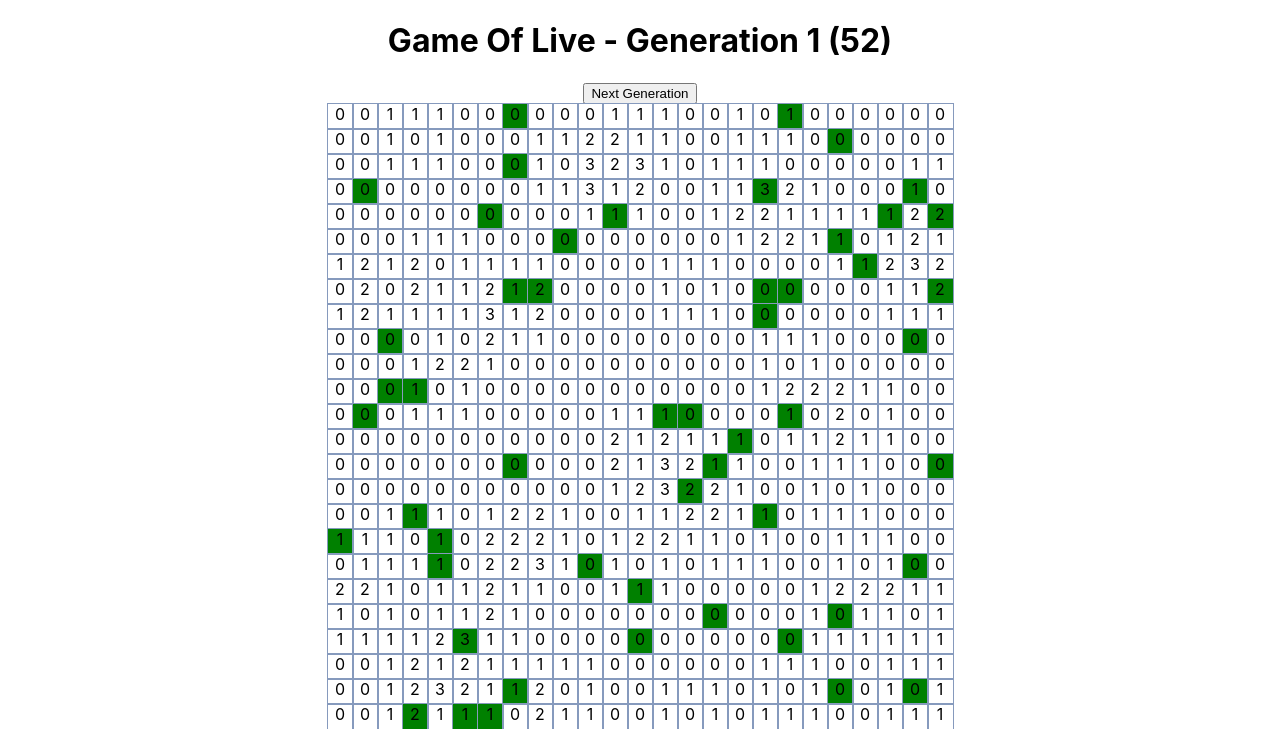
Repository: cfaguilera20/gol
Page: /
An editor plug-in stored every save of this project. The page is shown before and after a run of saves, followed by the edit.
The browser window is 1280 px wide. The pictures show the whole page.
The project was rebuilt for these pictures with package versions that can differ from the ones it lists, and the page was loaded fresh each time.

Above is the page before, as saved 2021-07-25 13:44:02.

After the next 2 saves:
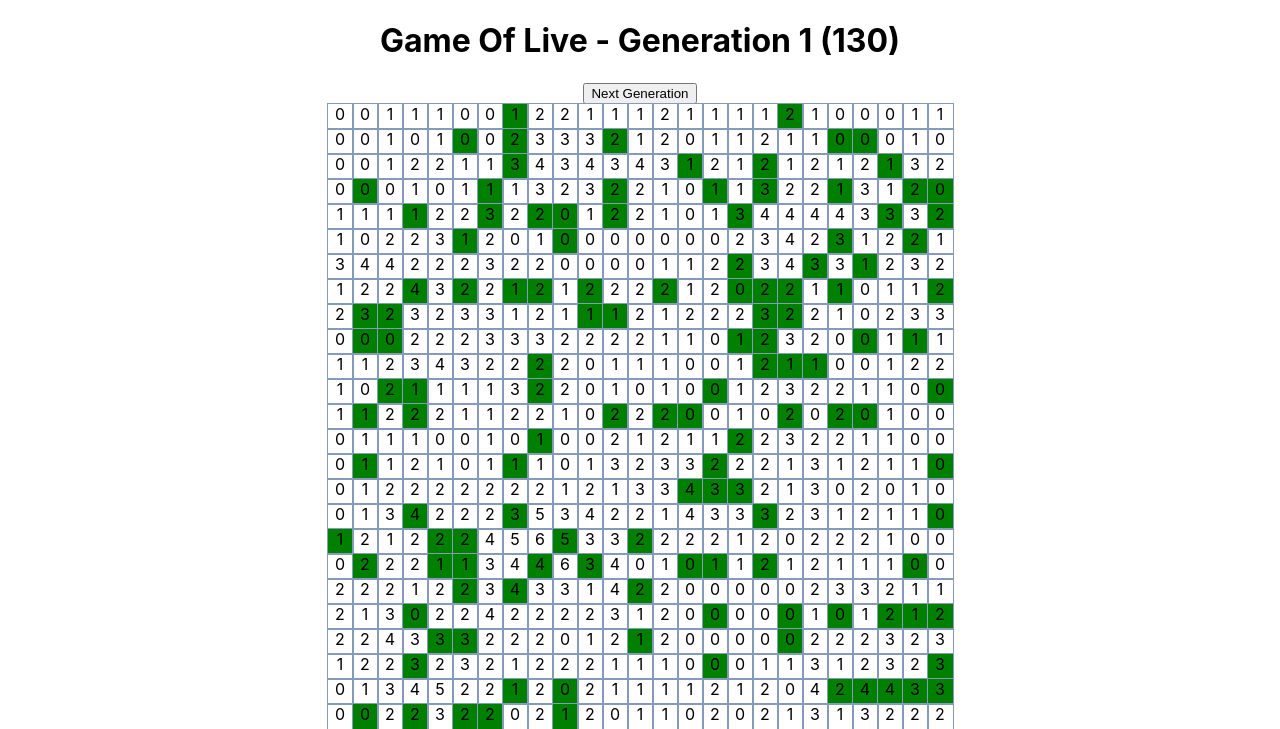
The 2 saves are shown as one change because they came seconds apart.
The last was saved 98 s later.
--- a/src/components/Board.jsx
+++ b/src/components/Board.jsx
@@ -58,7 +58,8 @@
         for (let y = 0; y < this.size; y++) {
             this.board[y] = [];
             for (let x = 0; x < this.size; x++) {
-                const isAlive = Math.random() > 0.9 ? true : false;
+                const isAlive =
+                    Math.random() > 1 - this.population ? true : false;
                 this.board[y][x] = isAlive;
                 this.currentPopulation += isAlive ? 1 : 0;
             }
